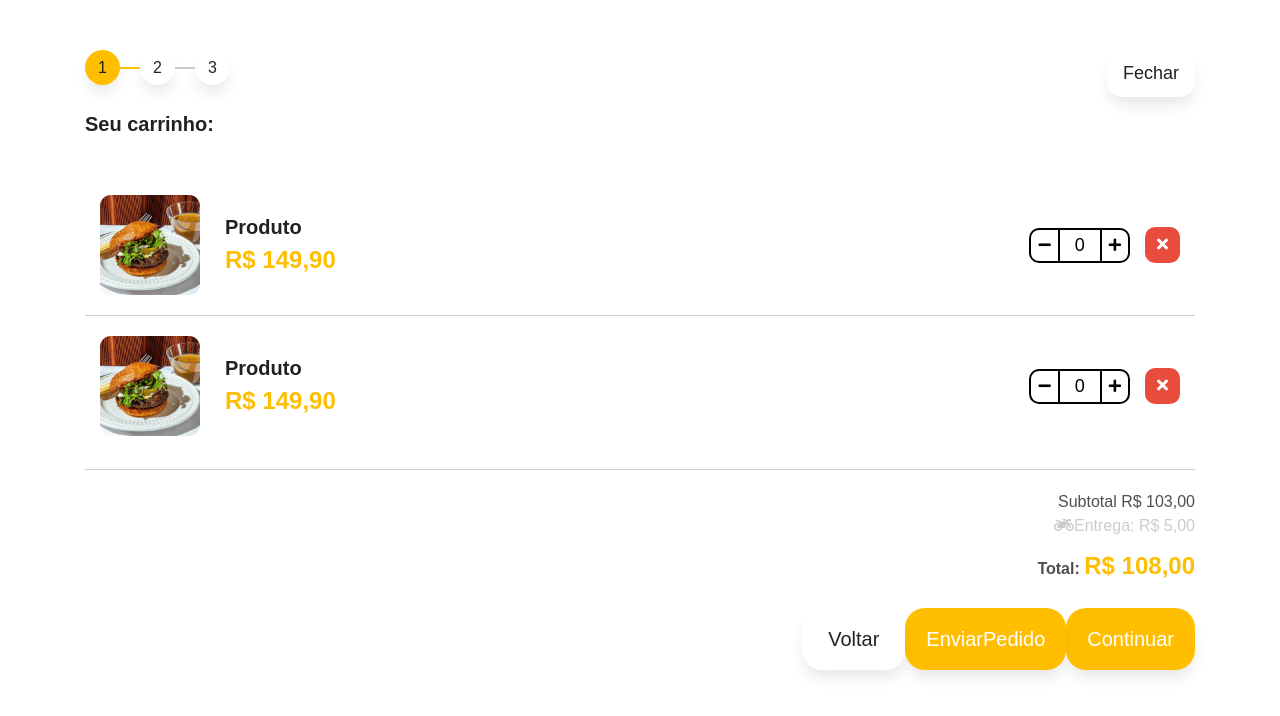
Repository: darkness318/restaraunt
Page: index.html
The author's editor kept a copy of each file at every save. The page is drawn from the files as they stood at one save, then again after the next save.
The browser window is 1280 px wide. The pictures show the window.
A layer covers the whole window, so only the first screen is drawn.

Above is the page before, as saved 2024-10-01 10:24:05.

After the next save:
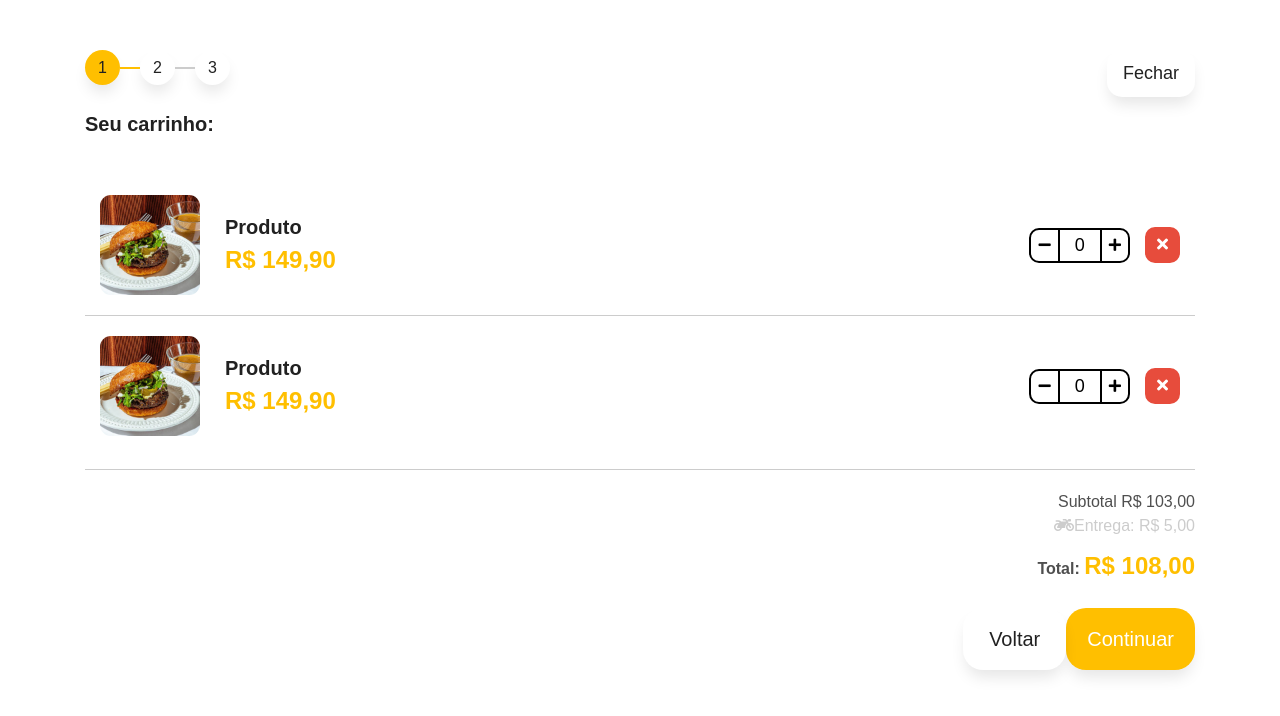
Saved 1 s later.
--- a/index.html
+++ b/index.html
@@ -535,7 +535,7 @@
           </div>
           <a class="btn btn-yellow float-right" id="btnEtapaPedido">Continuar</a>
           <a class="btn btn-yellow float-right hidden" id="btnEtapaEndereco">Revisar Pediro</a>
-          <a class="btn btn-yellow float-right hiden" id="btnEtapaResumo">EnviarPedido</a>
+          <a class="btn btn-yellow float-right hidden" id="btnEtapaResumo">EnviarPedido</a>
           <a class="btn btn-white float-right" id="btnEtapaResumo">Voltar</a>
         </div>
       </div>
